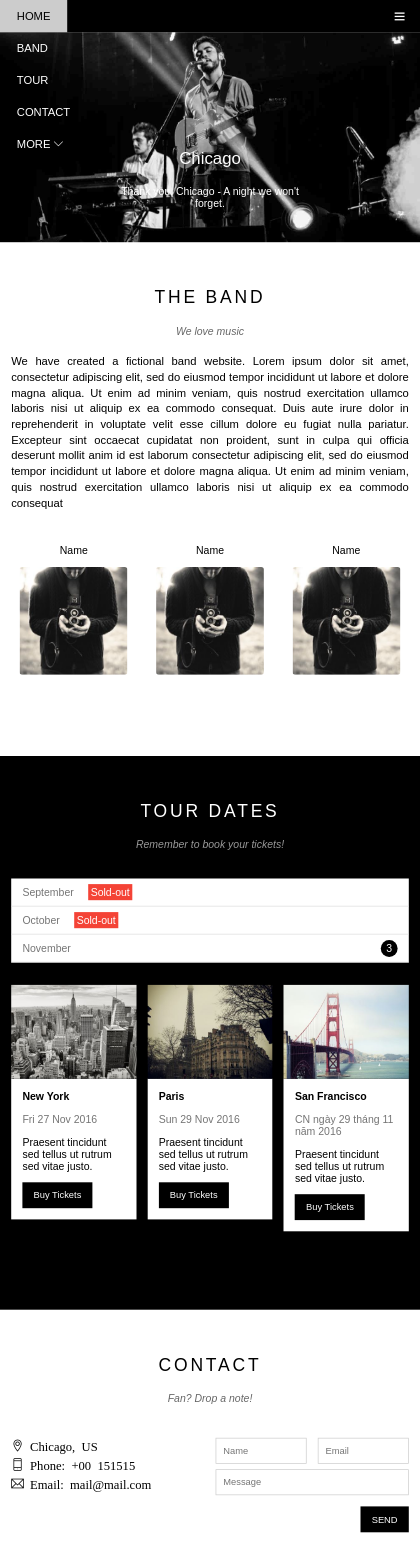
Repository: BillLee2000/w3-band
Page: index.html
An editor plug-in stored every save of this project. The page is shown before and after the next save, followed by the edit.
The browser window is 600 px wide. The pictures show the part of the page from y = 0 to 2240 px (the page is 2832 px tall), at 70% of full size.

Above is the page before, as saved 2021-12-16 05:43:05.

### index.html
<!DOCTYPE html>
<html lang="en">

<head>
    <meta charset="UTF-8">
    <meta http-equiv="X-UA-Compatible" content="IE=edge">
    <meta name="viewport" content="width=device-width, initial-scale=1.0">
    <link rel="icon" href="./assets/favicon/download.jpg" type="image/x-icon" />
    <link rel="stylesheet" href="./assets/css/styles.css">
    <link rel="stylesheet" href="./assets/css/responsive.css">
    <link rel="stylesheet" href="./assets/fonts/themify-icons/themify-icons.css">
    <title>The band</title>
</head>

<body>
    <div id="main">
        <div id="header">
            <ul id="nav">
                <!-- ul#nav>li*5>a -->
                <li><a href="#">Home</a></li>
                <li><a href="#band">Band</a></li>
                <li><a href="#tour">Tour</a></li>
                <li><a href="#contact">Contact</a></li>
                <li>
                    <a href="#">
                        More
                        <i class="down ti-angle-down"></i>
                    </a>
                    <ul class="subnav">
                        <li><a href="#">Merchandise</a></li>
                        <li><a href="#">Extras</a></li>
                        <li><a href="#">Media</a></li>
                    </ul>
                </li>
            </ul>
            <div id="mobile-menu" class="mobile-menu-btn">
                <i class="menu-icon ti-menu"></i>
            </div>
            <div class="search-btn">
                <i class="search-icon ti-search"></i>
            </div>
        </div>
        <div id="slide">
            <div class="text-content">
                <h2 class="text-heading">
                    Chicago
                </h2>
                <div class="text-decsription">
                    Thank you, Chicago - A night we won't forget.
                </div>
            </div>
        </div>
        <div id="content">
            <div id="band" class="content-section">
                <h2 class="section-heading">
                    THE BAND
                </h2>
                <p class="section-sub-heading">
                    We love music
                </p>
                <p class="about-text">
                    We have created a fictional band website. Lorem ipsum dolor sit amet, consectetur adipiscing elit,
                    sed do eiusmod tempor incididunt ut labore et dolore magna aliqua. Ut enim ad minim veniam, quis
                    nostrud exercitation ullamco laboris nisi ut aliquip ex ea commodo consequat. Duis aute irure dolor
                    in reprehenderit in voluptate velit esse cillum dolore eu fugiat nulla pariatur. Excepteur sint
                    occaecat cupidatat non proident, sunt in culpa qui officia deserunt mollit anim id est laborum
                    consectetur adipiscing elit, sed do eiusmod tempor incididunt ut labore et dolore magna aliqua. Ut
                    enim ad minim veniam, quis nostrud exercitation ullamco laboris nisi ut aliquip ex ea commodo
                    consequat
                </p>
                <div class="row nembers-list">
                    <div class="col col-third text-center">
                        <p class="member-name">
                            Name
                        </p>
                        <img src="./assets/img/band/member1.jpg" alt="Name" class="member-img">
                    </div>
                    <div class="col col-third text-center">
                        <p class="member-name">
                            Name
                        </p>
                        <img src="./assets/img/band/member1.jpg" alt="Name" class="member-img">
                    </div>
                    <div class="col col-third text-center">
                        <p class="member-name">
                            Name
                        </p>
                        <img src="./assets/img/band/member1.jpg" alt="Name" class="member-img">
                    </div>
                    <div class="clear"></div>
                </div>
            </div>
            <div id="tour" class="tour-section">
                <div class="content-section">
                    <h2 class="section-heading text-white">
                        TOUR DATES
                    </h2>
                    <p class="section-sub-heading text-white">
                        Remember to book your tickets!
                    </p>
                    <ul class="stickets-list">
                        <li>September <span class="sold-out">Sold-out</span></li>
                        <li>October <span class="sold-out">Sold-out</span></li>
                        <li>November <span class="quantity">3</span></li>
                    </ul>
                    <div class="row places-list">
                        <div class="col col-third">
                            <img src="./assets/img/places/place1.jpg" alt="New York" class="place-img">
                            <div class="place-content">
                                <h3 class="place-heading">
                                    New York
                                </h3>
                                <p class="place-time">
                                    Fri 27 Nov 2016
                                </p>
                                <p class="place-description">
                                    Praesent tincidunt sed tellus ut rutrum sed vitae justo.
                                </p>
                                <button class="btn js-buy-ticket">Buy Tickets</button>
                            </div>
                        </div>
                        <div class="col col-third">
                            <img src="./assets/img/places/place2.jpg" alt="New York" class="place-img">
                            <div class="place-content">
                                <h3 class="place-heading">
                                    Paris
                                </h3>
                                <p class="place-time">
                                    Sun 29 Nov 2016
                                </p>
                                <p class="place-description">
                                    Praesent tincidunt sed tellus ut rutrum sed vitae justo.
                                </p>
                                <button class="btn js-buy-ticket">Buy Tickets</button>
                            </div>
                        </div>
                        <div class="col col-third">
                            <img src="./assets/img/places/place3.jpg" alt="New York" class="place-img">
                            <div class="place-content">
                                <h3 class="place-heading">
                                    San Francisco
                                </h3>
                                <p class="place-time">
                                    CN ngày 29 tháng 11 năm 2016
                                </p>
                                <p class="place-description">
                                    Praesent tincidunt sed tellus ut rutrum sed vitae justo.
                                </p>
                                <button class="btn js-buy-ticket">Buy Tickets</button>
                            </div>
                        </div>
                        <div class="clear"></div>
                    </div>
                </div>
            </div>
            <div id="contact" class="content-section">
                <h2 class="section-heading">
                    CONTACT
                </h2>
                <p class="section-sub-heading">
                    Fan? Drop a note!
                </p>
                <div class="row contact-content">
                    <div class="col col-half contact-info">
                        <p><i class="ti-location-pin"> Chicago, US</i></p>
                        <p><i class="ti-mobile"> Phone: +00 151515</i></p>
                        <p><i class="ti-email"> Email: mail@mail.com</i></p>
                    </div>
                    <div class="col col-half contact-form">
                        <form action="">
                            <div class="row">
                                <div class="col col-half">
                                    <input placeholder="Name" type="text" name="" required id="" class="form-control">
                                </div>
                                <div class="col col-half">
                                    <input placeholder="Email" type="email" name="" required id="" class="form-control">
                                </div>

                            </div>
                            <div class="row mt-8">
                                <div class="col col-full">
                                    <input placeholder="Message" type="text" name="" required id=""
                                        class="form-control">
                                </div>
                            </div>
                            <input class="btn mt-16 pull-right" type="submit" value="SEND">
                        </form>
                    </div>
                </div>
            </div>
            <div class="map-section">
                <img src="./assets/img/map.jpg" alt="map">
            </div>

        </div>
        <div id="footer">
            <div class="social-list">
                <a href=""><i class="ti-facebook"></i></a>
                <a href=""><i class="ti-instagram"></i></a>
                <a href=""><i class="ti-youtube"></i></a>
                <a href=""><i class="ti-pinterest"></i></a>
                <a href=""><i class="ti-twitter"></i></a>
                <a href=""><i class="ti-linkedin"></i></a>
            </div>
            <p class="copyright">Powered by <a href="">w3.css</a></p>
        </div>
        <div class="modal js-modal">
            <div class="modal-container js-modal-container">
                <div class="modal-close js-modal-close">
                    <i class="ti-close"></i>
                </div>
                <header class="modal-header">
                    <i class="modal-heading-icon ti-bag"></i>
                    Tickets
                </header>
                <div class="modal-body">
                    <label for="tickets-quantity" class="modal-tickets">
                        <i class="ti-shopping-cart"></i>
                        Tickets, $15 per person
                    </label>
                    <input type="text" id="tickets-quantity" class="modal-input" placeholder="How many?">
                    <label for="tickets-email" class="modal-tickets">
                        <i class="ti-user"></i>
                        Send to
                    </label>
                    <input id="tickets-email" type="email" class="modal-input" placeholder="Enter email...">
                    <button id="buy-tickets">
                        Pay <i class="ti-check"></i>
                    </button>
                </div>
                <footer class="modal-footer">
                    <p class="modal-help">Need <a href="" class="">help?</a></p>
                </footer>
            </div>
        </div>
    </div>
    <script>
        const buyBtns = document.querySelectorAll('.js-buy-ticket') /* Lấy 3 giá trị của nut buy tickets đẩy vào buyBtns */
        const modal = document.querySelector('.js-modal') /* thêm class modal vào hằng */
        const modalClose = document.querySelector('.js-modal-close')
        const modalConainer = document.querySelector('.js-modal-container')
        function showBuyTicket() {
            /*  alert("Show") */ /* bật lên hộp thoại */
            modal.classList.add('open') /* add thêm class open vào sau modal bật của sổ hiển thị lên */
        }
        function hideBuyTicket() {
            /*  alert("Show") */ /* bật lên hộp thoại */
            modal.classList.remove('open') /* remove class open vào sau modal close để đóng cửa sổ hiển thị */
        }
        for (const buyBtn of buyBtns) {/* Vòng lặp cho từng nút(button) chạy 3 lần */
            buyBtn.addEventListener('click', showBuyTicket)/* Khi click vào ô buyTickKets sẽ chuyển đến hàm show.. */
        }
        modalClose.addEventListener('click', hideBuyTicket)
        modal.addEventListener('click', hideBuyTicket)
        modalConainer.addEventListener('click', function (event) {
            event.stopPropagation() //ngừng event nổi bọt lại
        })
    </script>
    <script>
        var header = document.getElementById('header');
        var mobileMenu = document.getElementById('mobile-menu');
        /* console.log(mobileMenu) */
        var headerHeight = header.clientHeight;
        // Dong mo mobile menu
        mobileMenu.onclick = function (){
            /* alert('Thong Bao'); */
            var isClosed = header.clientHeight === headerHeight;
            if (isClosed) {
                header.style.height = 'auto';
            }else{
                header.style.height = null;
            }
        }
        //tu dong dong khi chon menu
        var menuItems = document.querySelectorAll('#nav li a[href*="#"]');
        /* console.log(menuItems); */
        for (var i = 0;i<menuItems.length;i++){
            var menuItem = menuItems[i];
            menuItem.onclick = function(event){
                var isParentMenu = this.nextElementSibling && this.nextElementSibling.classList.contains('subnav');
                if(isParentMenu){
                    event.preventDefault();
                }else{
                    header.style.height = null;
                }
            }
        }
    </script>
</body>

</html>

### assets/css/styles.css
/* reset css */

* {
    padding: 0;
    margin: 0;
    box-sizing: border-box;
}

html {
    scroll-behavior: smooth; /* //hành động cuộn */
    font-family: Arial, Helvetica, sans-serif;
    /* font chu in dam */
}

#main {}

.text-white{
    color: #fff !important;
}
.row{
    margin-left: -8px;
    margin-right: -8px;
}
.row::after {
    content: "";
    display: block;
    clear: both;
}
.mt-8{
    margin-top: 8px !important;
}
.mt-16{
    margin-top: 16px !important;
}
.col {
    float: left;
    padding-left: 8px;
    padding-right: 8px;
}
.col-half{
    width: 50%;
}
.col-third{
    width: 33.33333%;
}
.col-full {
    width: 100%;
}
.text-center {
    text-align: center !important;
}

#header {
    height: 46px;
    background-color: black;
    position: fixed;
    top: 0;
    left: 0;
    right: 0;
    z-index: 1;
}
#header .mobile-menu-btn {
    position: absolute;
    top: 0;
    right: 0;
    display: none;
}
#header .mobile-menu-btn,
#header .search-btn {
    float: right;
    padding: 0 21px;
}
#header .mobile-menu-btn:hover {
    background-color: #ccc;
}
#header .mobile-menu-btn:hover .menu-icon {
    color: #000;
}
#header .search-btn:hover {
    background-color: #f44336;
    cursor: pointer;
}
#header .menu-icon,
#header .search-icon {
    color: #fff;
    line-height: 46px;
}

#nav {
    display: inline-block;
}

#nav>li {
    display: inline-block;
}

#nav li {
    position: relative;
}

#nav .down {
    font-size: 14px;
}

#nav>li>a {
    color: #fff;
    text-transform: uppercase;
}

#nav li a {
    text-decoration: none;
    line-height: 46px;
    padding: 0 24px;
    display: block;
}

#nav .subnav li:hover a,
#nav>li:hover>a {
    color: #000;
    background-color: #ccc;
}

#nav li:hover .subnav {
    display: block;
}

#nav,
.subnav {
    list-style-type: none;
    /* bor dau cham dau dong */
}

#nav .subnav {
    display: none;
    min-width: 160px;
    top: 100%;
    left: 0;
    position: absolute;
    background-color: #fff;
    box-shadow: 0 0 10px rgba(0, 0, 0, 0.3);
}

#nav .subnav a {
    color: #000;
    padding: 0 12px;
    line-height: 38px;
}

#slide {
    margin-top: 46px;
    padding-top: 50%;
    background: url("/assets/img/slider/slider1.jpg") top center / cover no-repeat;
    position: relative;
}

#slide .text-content {
    color: #fff;
    position: absolute;
    left: 50%;
    bottom: 47px;
    transform: translate(-50%);
    /* Cách 1 */
    /* Width: 100%; */
    /* cach 2 */
    /* Cách 3: left: 0; right: 0; */
    text-align: center;
}

#slide .text-heading {
    font-size: 24px;
    font-weight: 500;
}

#slide .text-decsription {
    font-size: 15px;
    margin-top: 25px;
}
.pull-right {
    float: right !important;
}
.btn{
    color: #fff;
    background-color: #000;
    text-decoration: none;
    padding: 11px 16px;
    display: inline-block;
    margin-top: 15px;
    border: none;
}
.btn:hover {
    cursor: pointer;
    color: #000;
    background-color: #ccc;
}

#content {}

#content .content-section{
    width: 800px;
    max-width: 100%;
    padding: 64px 0 112px;
    margin-left: auto;
    margin-right: auto;
    padding-left: 16px;
    padding-right: 16px;
}
#content .section-heading{
    font-weight: 500;
    text-align: center;/* Can giua */
    font-size: 25px;
    letter-spacing: 4px;/* Khoảng cách các chữ cái */
}
#content .section-sub-heading{
    text-align: center;
    margin-top: 25px;
    font-size: 15px;
    font-style: italic;
    opacity: 0.6;/* Giam 40% đô đậm của chữ */
}
#content .about-text {
    margin-top: 25px;
    text-align: justify;
    line-height: 1.4;
}
#content .nembers-list{
    margin-top: 48px;
}
/* #content .member-item { */
    /* float: left; */
    /* width: calc(100% / 3); */
   /*  width: 33.333333%; */
    /* text-align: center; */
/* } */
#content .member-name{
    font-size: 15px;
}
#content .member-img{
    margin-top: 15px;
    width: 154px;
    border-radius: 4px;
    overflow: hidden;/* Xóa font float:left; */
}
#content .clear{
    clear: both;
}
#content .tour-section{
    background-color: #000;

}
.stickets-list{
    background-color: #fff;
    margin-top: 40px;
    list-style: none;
}
.stickets-list li{
    font-size: 15px;
    padding: 11px 16px;
    border-bottom:  1px solid #ddd;
    color: #757575;
}
.stickets-list .sold-out {
    background-color: #f44336;
    padding: 3px 4px;
    color: #fff;
    margin-left: 16px;
}
.stickets-list .quantity{
    float: right;
    width: 24px;
    height: 24px;
    color: #fff;
    text-align: center;
    line-height: 24px;
    background-color: #000;
    border-radius: 50%;
    margin-top: -3px;
}

.tour-section .places-list{
    margin-top: 32px;
}

.tour-section .place-img{
    width: 100%;
    display: block;
}
.tour-section .place-img:hover{
    opacity: 0.6;
}
.tour-section .place-content{
    background-color: #fff;
    padding: 16px;
    font-size: 15px;
}
.tour-section .place-heading{
    font-weight: 600;
    font-size: 15px;
}
.tour-section .place-time{
    margin-top: 16px;
    color: #757575;
}
.tour-section .place-description{
    margin-top: 16px;
}
.contact-content{
    margin-top: 48px;
}
.contact-form {
    font-size: 15px;
}
.contact-content .contact-info{
    font-size: 18px;
    line-height: 1.5;
}
.contact-form .form-control {
    padding: 10px;
    border: 1px solid #ccc;
    width: 100%;
    outline: none;
}
.contact-info i[class*="ti-"] {
    width: 30px;
}

#footer {}

.modal {
    position: fixed;
    top: 0;
    left: 0;
    right: 0;
    bottom: 0;
    background: rgba(0, 0, 0, 0.4);
    display: none;
    align-items: center;
    justify-content: center;

}

.modal.open {
    display: flex;
}

.modal-container{
    width: 900px;
    min-height: 200px;
    background-color: #fff;
    position: relative;
    max-width: calc(100% - 32px);
    animation: modalFadeIn ease 0.5s;
}
.modal .modal-close{
    position: absolute;
    right: 0;
    top: 0;
    color: #fff;
    padding: 12px;
    cursor: pointer;
    opacity: 0.8;
}
.modal-close:hover{
    opacity: 1;
    background-color: #ccc;
}
.modal .modal-header{
    background-color: #009688;
    height: 130px;
    display: flex;
    align-items: center;
    justify-content: center;
    font-size: 30px;
    color: #fff;
}
.modal-body{
    padding: 16px;
}
.modal-tickets{
    display: block;
    font-size: 15px;
    margin-bottom: 15px;
}
.modal-input{
    border: 1px solid #ccc;
    width: 100%;
    padding: 10px;
    font-size: 15px;
    margin-bottom: 24px;
}
.modal-heading-icon{
    margin-right: 16px;
}
#buy-tickets{
    color: #fff;
    background: #009688;
    border: none;
    width: 100%;
    font-size: 15px;
    text-transform: uppercase;
    padding: 18px;
}
#buy-tickets:hover {
    cursor: pointer;
    opacity: 0.9;
}
.map-section img {
    width: 100%;
}
#footer {
    padding: 64px 16px;
    text-align: center;
}
#footer .social-list {
    font-size: 24px;
}
#footer .social-list a {
    color: rgba(0 ,0 ,0 ,0.6);
    text-decoration: none;
}
#footer .copyright a:hover,
#footer .social-list a:hover {
    color: rgba(0 ,0 ,0 ,0.4);
}
#footer .copyright {
    margin-top: 15px;
    color: rgba(0 ,0 ,0 ,0.6);
}
.modal-footer {
    padding: 16px;
    text-align: right;
}
.modal-footer a {
    color: #2196F3;
}
@keyframes modalFadeIn{
    from {
        opacity: 0;
        transform: translateY(-140px);
    }
    to{
        opacity: 1;
        transform: translateY(0);
    }
}
/* PC */
@media(min-width: 1024px){

}
/* Tablet */
@media (min-width: 740px) and (max-width:1023px){

}
@media(max-width: 740px){

}

### assets/css/responsive.css
/* PC */
@media(min-width: 1024px){

}
/* Tablet */
@media (min-width: 740px) and (max-width:1023px){

}
/* Mobile */
@media(max-width: 740px){
    #nav {
        display: block;
    }
    #nav>li {
        display: block;
    }
    #nav > li:first-child {
        display: inline-block;
    }
    #header .mobile-menu-btn {
        display: block;
    }
    #header .search-btn {
        display: none;
    }
}

Loaded but not shown: assets/fonts/themify-icons/themify-icons.css (common file)

After the next save:
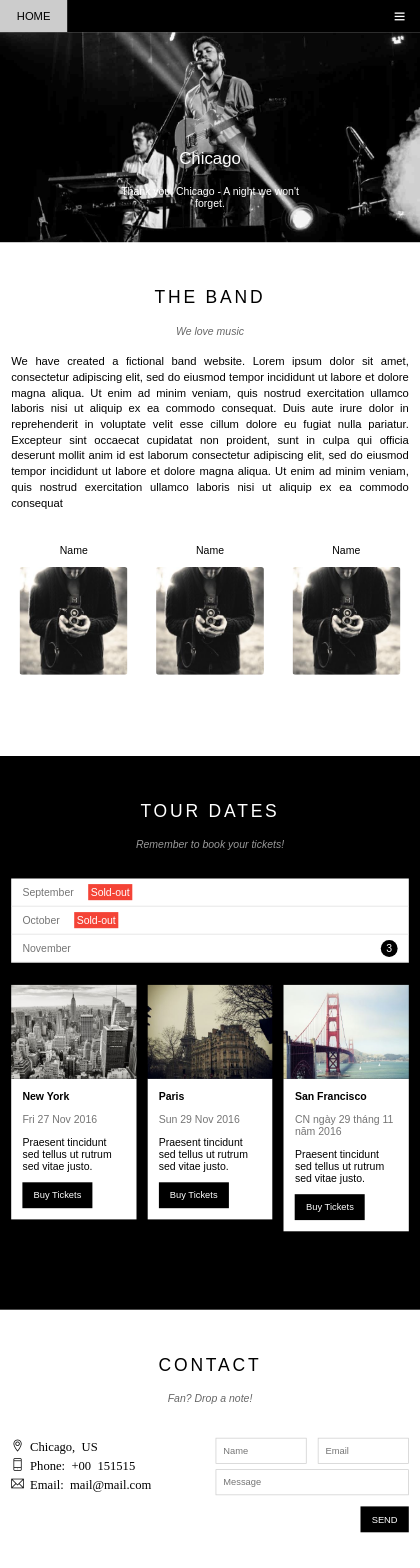
Saved 37 s later.
--- a/assets/css/responsive.css
+++ b/assets/css/responsive.css
@@ -17,6 +17,9 @@
     #nav > li:first-child {
         display: inline-block;
     }
+    #header {
+        overflow: hidden;
+    }
     #header .mobile-menu-btn {
         display: block;
     }
